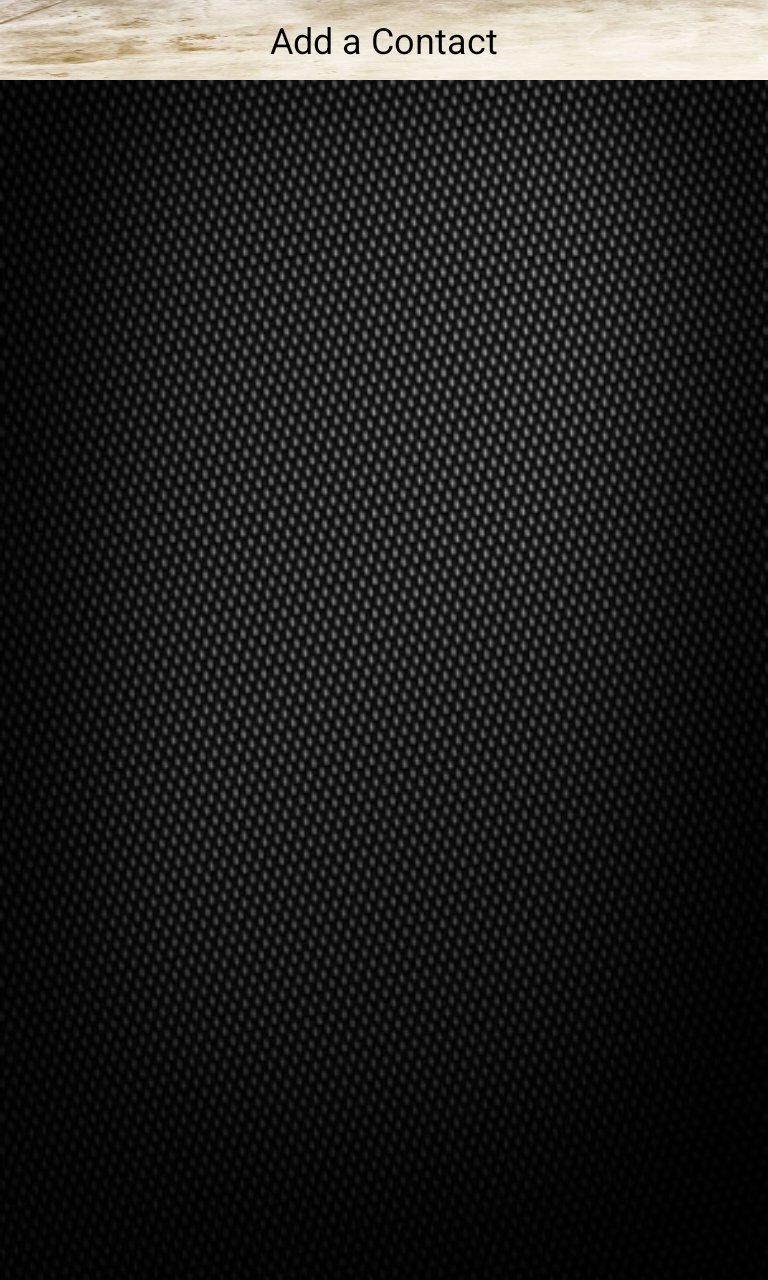
Repository: kenshiryu7/mdv-projects
Layout: Java_2/Java2_w3/res/layout/activity_main.xml
An editor plug-in stored every save of this project. The layout is shown before and after the next save, followed by the edit.
It is drawn on a 768 x 1280 px phone screen (xhdpi) without system bars, with theme AppTheme; the app's code is not run. Lists and similar views that code fills are empty.

Above is the layout before, as saved 2012-12-02 07:58:05.

After the next save:
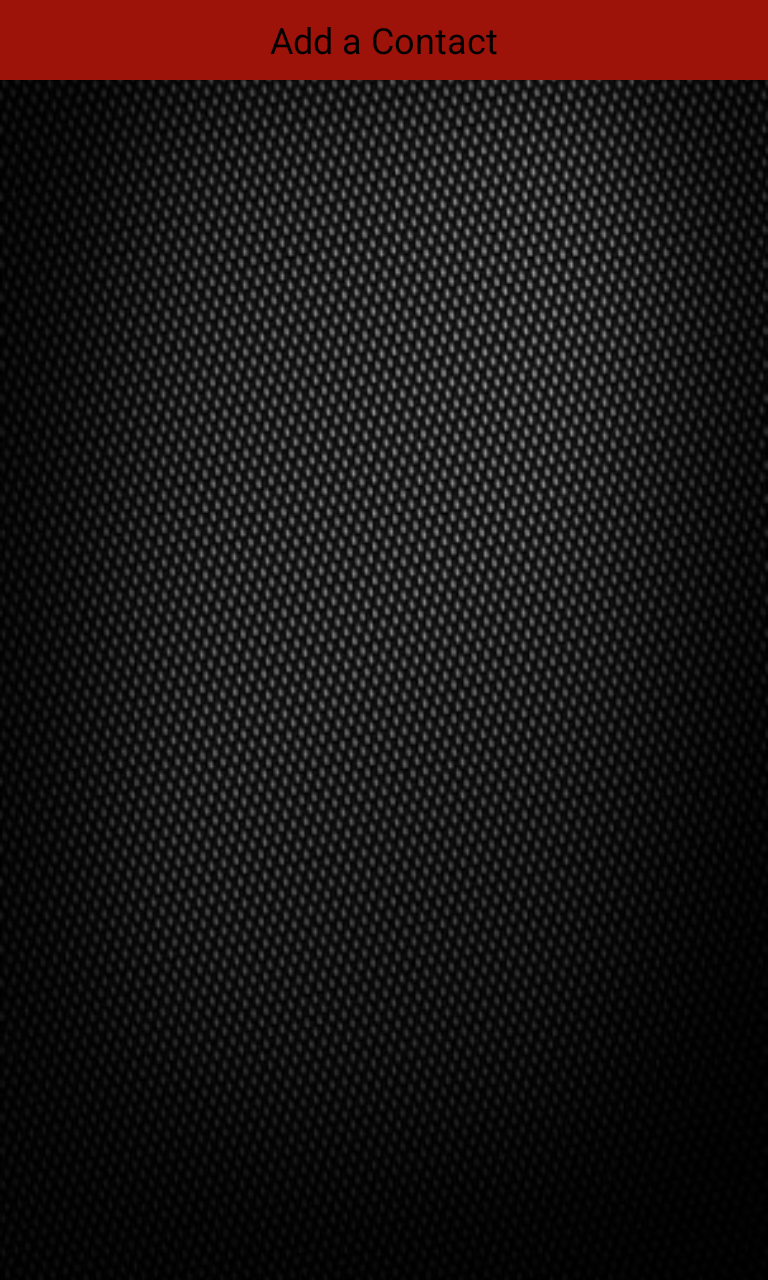
Saved 104 s later.
--- a/Java_2/Java2_w3/res/layout/activity_main.xml
+++ b/Java_2/Java2_w3/res/layout/activity_main.xml
@@ -9,7 +9,7 @@
         android:id="@+id/addButt"
         android:layout_width="match_parent"
         android:layout_height="40dp"
-        android:background="@drawable/row_bg"
+        android:background="#9D1309"
         android:text="@string/add_button" />
 
     <ListView
